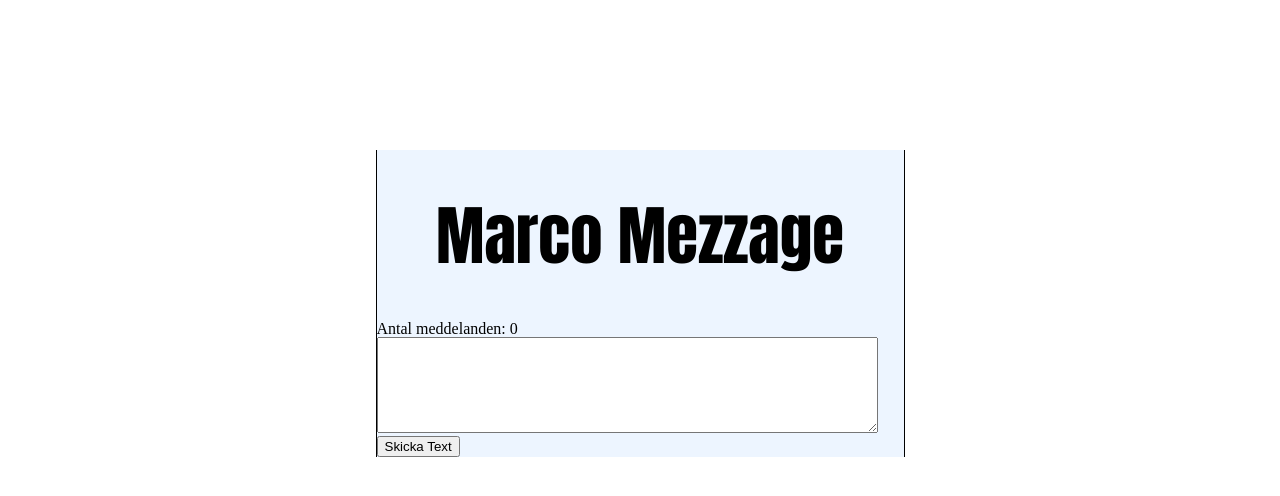
Repository: Marco30/1dv403-laborationer
Page: 2-labbymezzage/index.html
The author's editor kept a record of every edit. The page is drawn from the files as they stood at one moment, then again after the next edit.
The browser window is 1280 px wide. The pictures show the whole page.

Above is the page before.
Not found: 2-labbymezzage/css/pics/Max.png

After the next edit:
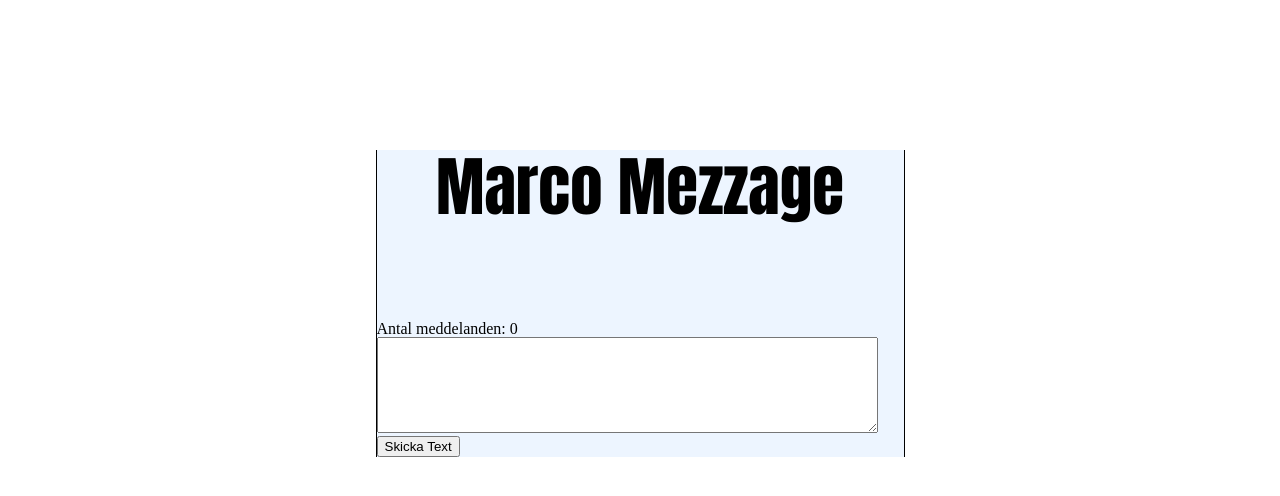
The edit:
--- a/2-labbymezzage/css/style.css
+++ b/2-labbymezzage/css/style.css
@@ -66,7 +66,7 @@
 header H1 /* ger H1 följande egenskaper som alltid är bundna till sidhuvud div */
 {
 font-weight: bold;
-line-height:171px;
+line-height: 74px;
 text-align:center;
 font-family: Impact, Charcoal, sans-serif;
 font-size: 65px;
